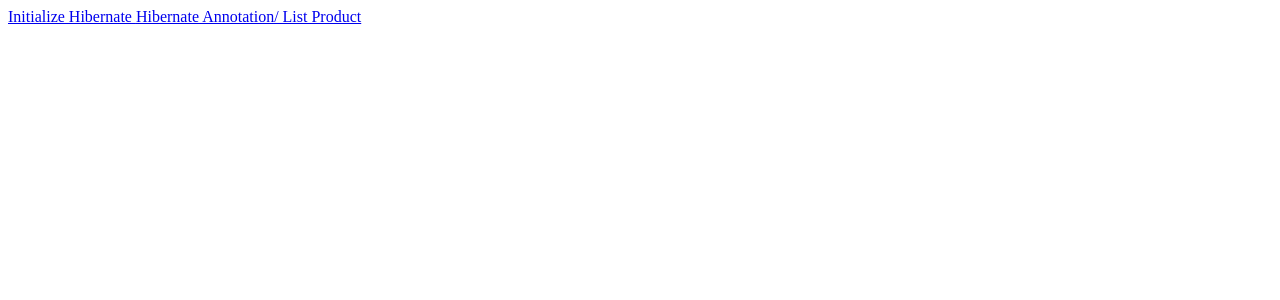
Repository: SahilJayswal/BackendExpert_Phase2
Page: HibernateConfig/WebContent/index.html
These files come from the project's save history. The page is drawn as it stood at one moment and after the next save; the edit follows.
The browser window is 1280 px wide. The pictures show the whole page.

Above is the page before, as saved 2021-05-30 15:11:29.

After the next save:
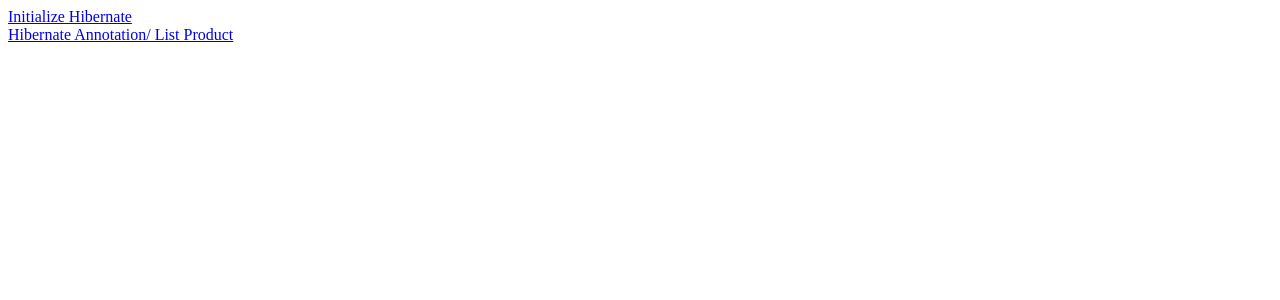
Saved 30 s later.
--- a/HibernateConfig/WebContent/index.html
+++ b/HibernateConfig/WebContent/index.html
@@ -5,7 +5,7 @@
 <title>Hibernate Configuration</title>
 </head>
 <body>
-<a href="init">Initialize Hibernate </a>
+<a href="init">Initialize Hibernate </a><br>
 <a href="list">Hibernate Annotation/ List Product</a>
 </body>
 </html>
